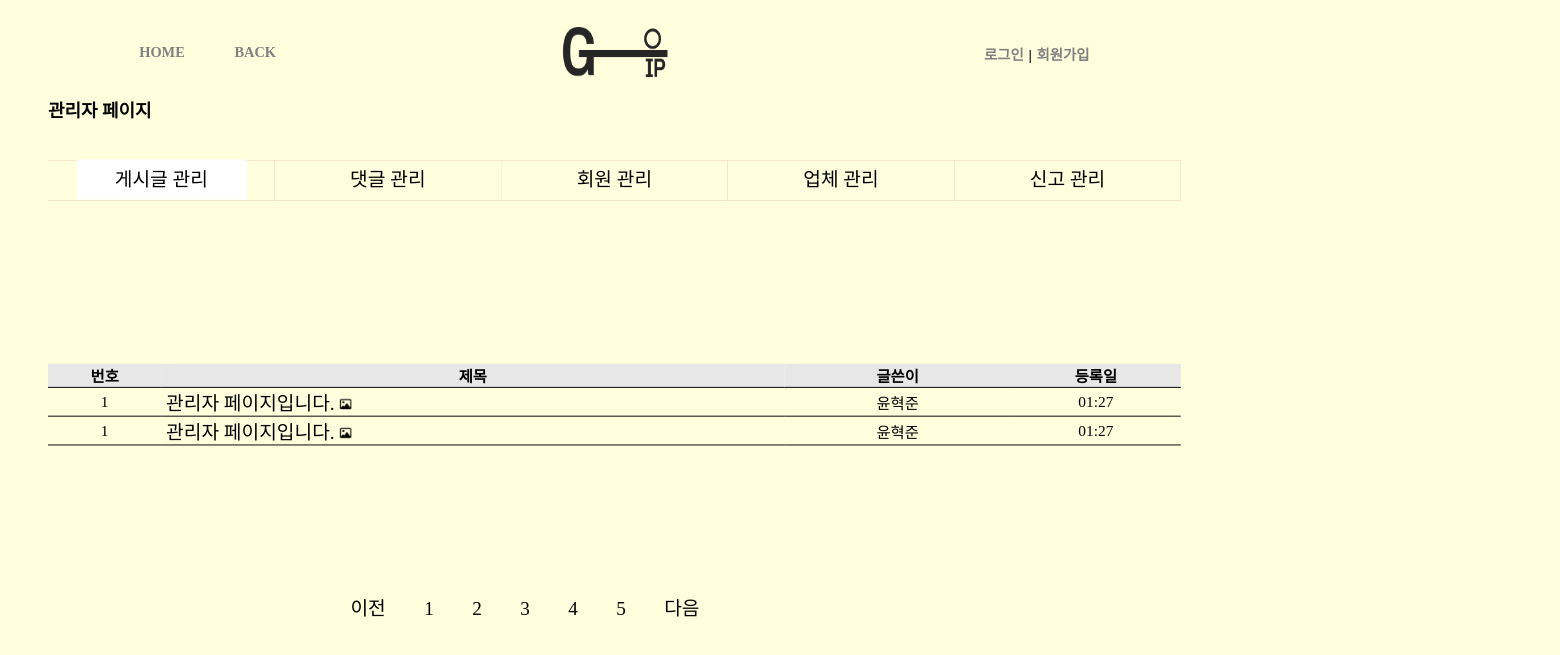
Repository: pauljerricho/MES
Page: http://localhost/SpringBoard/WEB-INF/views/admin.jsp
These files come from the project's save history. The page is drawn as it stood at one moment and after the next save; the edit follows.
The browser window is 1280 px wide. The page is 1625 px wide, so the pictures cover 1625 px, including what lies to the right of the window. The pictures show the whole page, at 96% of full size.
The page is served by Tomcat 9. Nobody is signed in. The template is opened directly, without the code that normally fills it, so the values that code supplies are empty.

Above is the page before, as saved 2022-03-14 03:05:35.

After the next save:
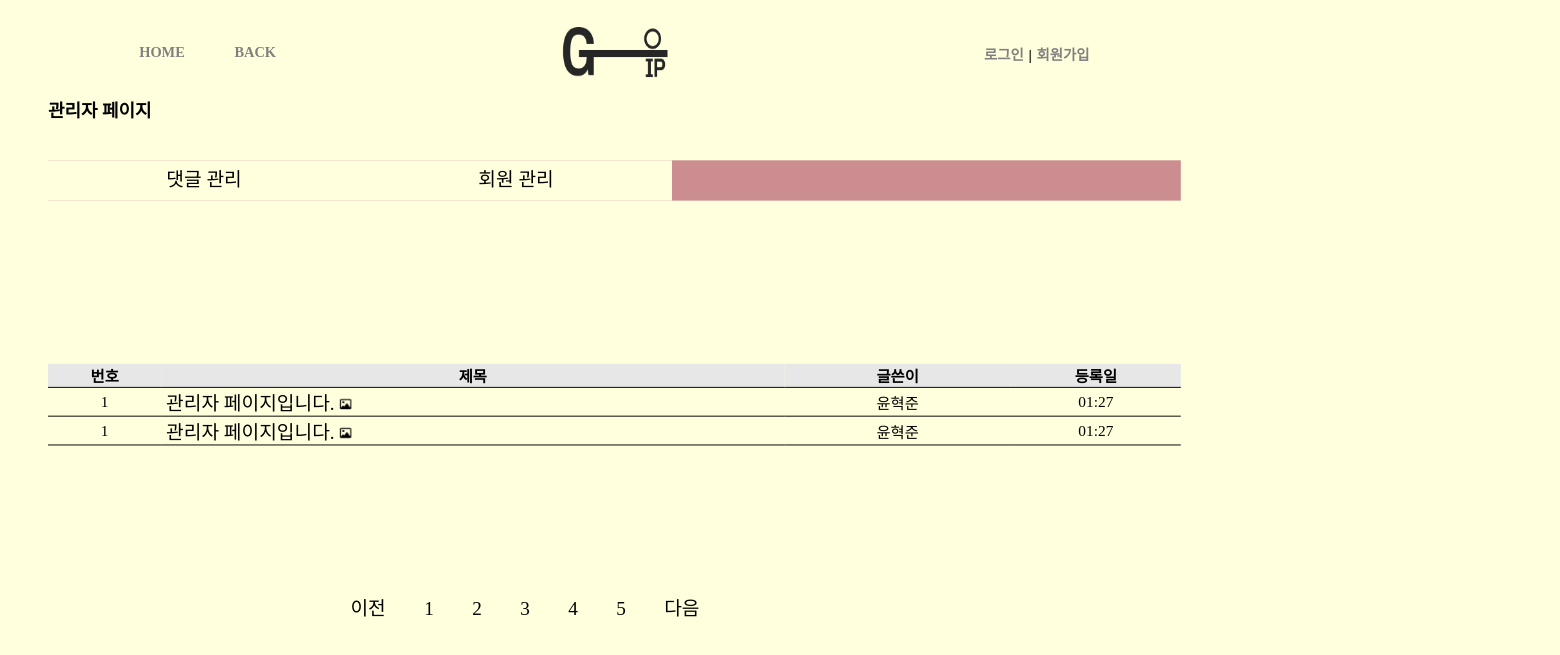
Saved 18 s later.
--- a/gozip/SpringBoard/src/main/webapp/WEB-INF/views/admin.jsp
+++ b/gozip/SpringBoard/src/main/webapp/WEB-INF/views/admin.jsp
@@ -105,11 +105,8 @@
 		<section class=commu-content>
 			<nav id="commu-nav">
 				<ul>
-					<li><a class="post" href="post_page.do">게시글 관리</a>
 					<li><a class="comment" href="comment_page.do">댓글 관리</a>
 					<li><a class="member" href="member_page.do">회원 관리</a>
-					<li><a class="company" href="company_page.do">업체 관리</a>
-					<li><a class="report" href="report_page.do">신고 관리</a>
 				</ul>
 			</nav>
 			<article class="request-body">
